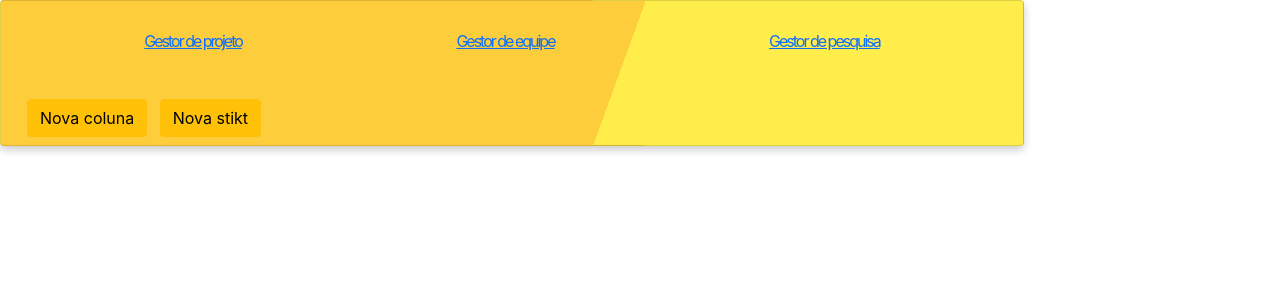
Repository: shadowruge/kanban
Page: index.html
These files come from the project's save history. The page is drawn as it stood at one moment and after the next save; the edit follows.
The browser window is 1280 px wide. The pictures show the whole page.

Above is the page before, as saved 2021-06-12 19:56:22.

After the next save:
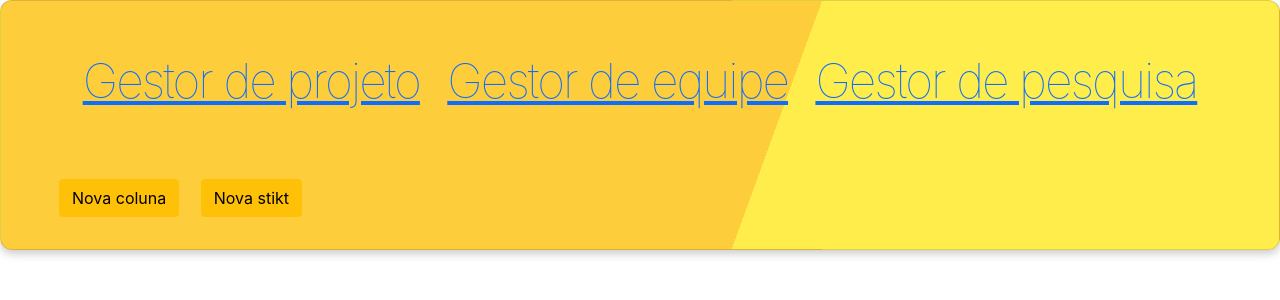
Saved 9 s later.
--- a/style.css
+++ b/style.css
@@ -15,8 +15,8 @@
 
 .card {
   font-family: -apple-system, BlinkMacSystemFont, 'Open Sans', sans-serif;
-  font-size: 1em;
-
+  font-size: 3em;
+  font-weight: 5;
   height: 4em;
   width: 64em;
   padding: 0.5em 1em;

After the save that followed:
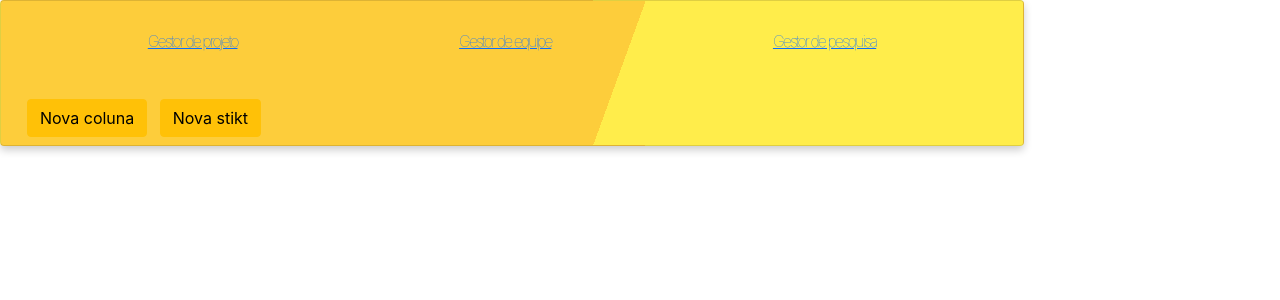
Saved 11 s later.
--- a/style.css
+++ b/style.css
@@ -15,7 +15,7 @@
 
 .card {
   font-family: -apple-system, BlinkMacSystemFont, 'Open Sans', sans-serif;
-  font-size: 3em;
+  font-size: 1em;
   font-weight: 5;
   height: 4em;
   width: 64em;
